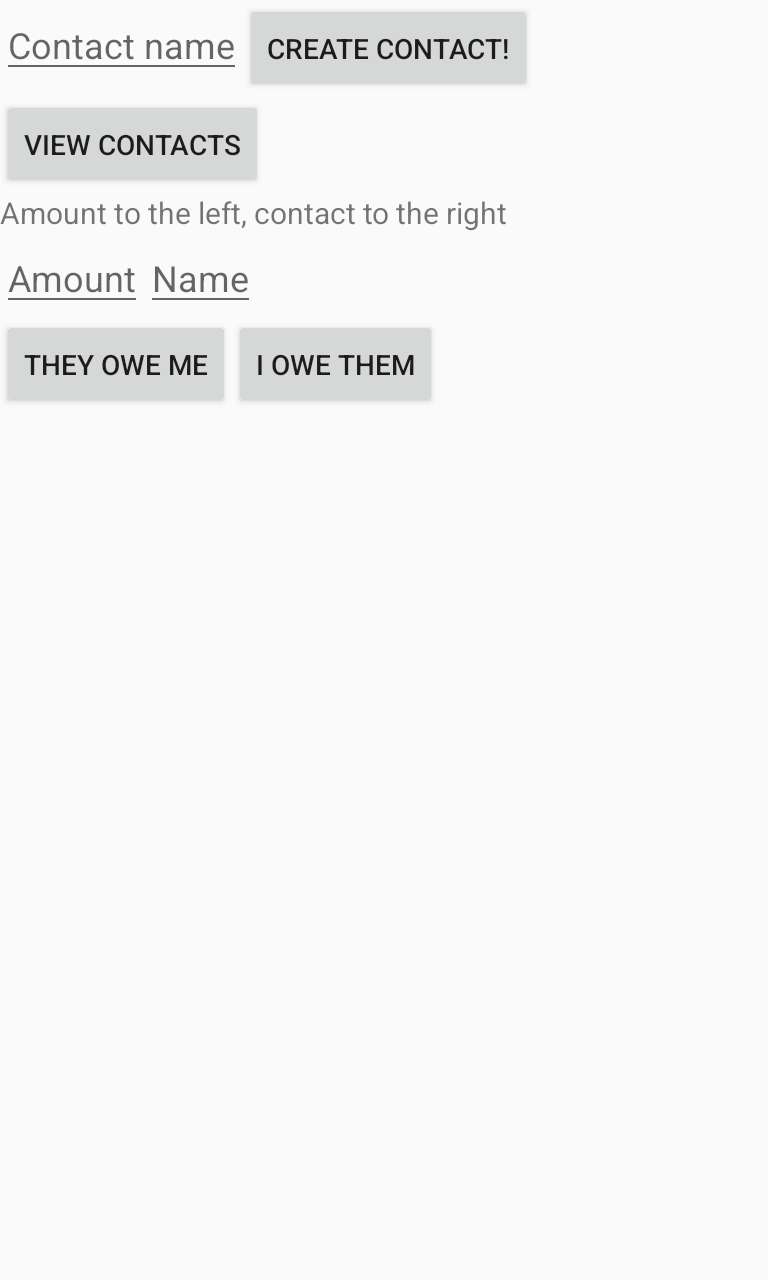
Repository: wisingd/Dajoroli
Layout: Workspace/SplitIt/res/layout/fragment_main.xml
The author's editor kept a copy of each file at every save. The layout is drawn from the files as they stood at one save, then again after a run of saves.
It is drawn on a 768 x 1280 px phone screen (xhdpi) without system bars, with theme AppTheme; the app's code is not run.

Above is the layout before, as saved 2014-05-07 09:49:36.

After the next 2 saves:
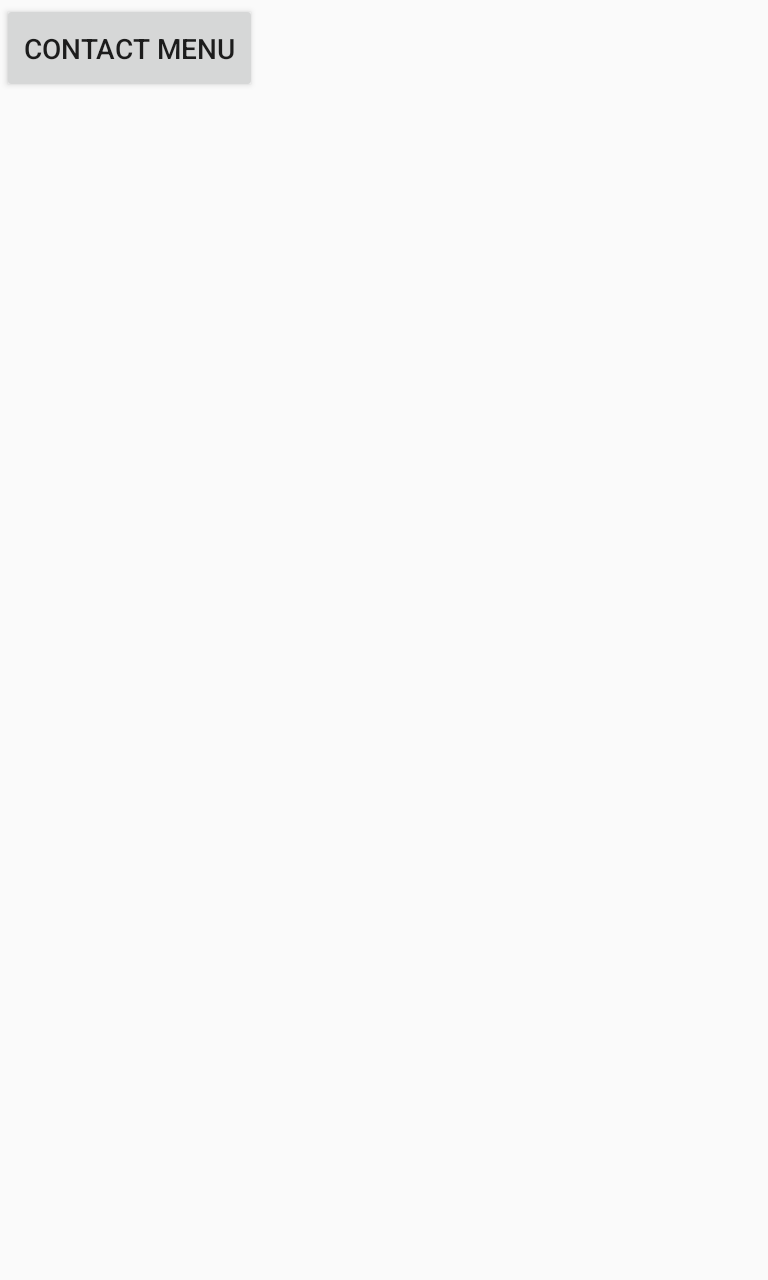
The 2 saves are shown as one change because 1 did not build or start.
The last was saved 18 s later.
--- a/Workspace/SplitIt/res/layout/fragment_main.xml
+++ b/Workspace/SplitIt/res/layout/fragment_main.xml
@@ -4,71 +4,80 @@
     android:layout_height="match_parent"
     android:orientation="vertical" >
 
-    <LinearLayout
-        android:layout_width="match_parent"
-        android:layout_height="wrap_content"
-        android:orientation="horizontal" >
 
-        <EditText
-            android:id="@+id/edit_message"
-            android:layout_width="wrap_content"
-            android:layout_height="wrap_content"
-            android:hint="@string/edit_message" />
 
         <Button
-            android:layout_width="wrap_content"
-            android:layout_height="wrap_content"
-            android:onClick="sendMessage"
-            android:text="@string/button_send" />
-    </LinearLayout>
-
-    <Button
         android:layout_width="wrap_content"
         android:layout_height="wrap_content"
-        android:onClick="viewContacts"
-        android:text="@string/view_contacts" />
+        android:onClick="startContactMenu"
+        android:text="@string/startContactMenu"
+        />
 
-    <TextView
-        android:layout_width="wrap_content"
-        android:layout_height="wrap_content"
-        android:text="@string/information_text"
-        android:textSize="15sp" />
+<!--     <LinearLayout -->
+<!--         android:layout_width="match_parent" -->
+<!--         android:layout_height="wrap_content" -->
+<!--         android:orientation="horizontal" > -->
 
-    <LinearLayout
-        android:layout_width="wrap_content"
-        android:layout_height="wrap_content"
-        android:orientation="horizontal" >
+<!--         <EditText -->
+<!--             android:id="@+id/edit_message" -->
+<!--             android:layout_width="wrap_content" -->
+<!--             android:layout_height="wrap_content" -->
+<!--             android:hint="@string/edit_message" /> -->
 
-        <EditText
-            android:id="@+id/debt_amount"
-            android:layout_width="wrap_content"
-            android:layout_height="wrap_content"
-            android:hint="@string/amount"
-            android:inputType="number" />
+<!--         <Button -->
+<!--             android:layout_width="wrap_content" -->
+<!--             android:layout_height="wrap_content" -->
+<!--             android:onClick="sendMessage" -->
+<!--             android:text="@string/button_send" /> -->
+<!--     </LinearLayout> -->
 
-        <EditText
-            android:id="@+id/contact_name"
-            android:layout_width="wrap_content"
-            android:layout_height="wrap_content"
-            android:hint="@string/contact" />
-    </LinearLayout>
+<!--     <Button -->
+<!--         android:layout_width="wrap_content" -->
+<!--         android:layout_height="wrap_content" -->
+<!--         android:onClick="viewContacts" -->
+<!--         android:text="@string/view_contacts" /> -->
 
-    <LinearLayout
-        android:layout_width="wrap_content"
-        android:layout_height="wrap_content"
-        android:orientation="horizontal" >
+<!--     <TextView -->
+<!--         android:layout_width="wrap_content" -->
+<!--         android:layout_height="wrap_content" -->
+<!--         android:text="@string/information_text" -->
+<!--         android:textSize="15sp" /> -->
 
-        <Button
-            android:layout_width="wrap_content"
-            android:layout_height="wrap_content"
-            android:onClick="theyOweMe"
-            android:text="@string/they_owe_me" />
+<!--     <LinearLayout -->
+<!--         android:layout_width="wrap_content" -->
+<!--         android:layout_height="wrap_content" -->
+<!--         android:orientation="horizontal" > -->
 
-        <Button
-            android:layout_width="wrap_content"
-            android:layout_height="wrap_content"
-            android:onClick="iOweThem"
-            android:text="@string/i_owe_them" />
-    </LinearLayout>
+<!--         <EditText -->
+<!--             android:id="@+id/debt_amount" -->
+<!--             android:layout_width="wrap_content" -->
+<!--             android:layout_height="wrap_content" -->
+<!--             android:hint="@string/amount" -->
+<!--             android:inputType="number" /> -->
+
+<!--         <EditText -->
+<!--             android:id="@+id/contact_name" -->
+<!--             android:layout_width="wrap_content" -->
+<!--             android:layout_height="wrap_content" -->
+<!--             android:hint="@string/contact" /> -->
+<!--     </LinearLayout> -->
+
+<!--     <LinearLayout -->
+<!--         android:layout_width="wrap_content" -->
+<!--         android:layout_height="wrap_content" -->
+<!--         android:orientation="horizontal" > -->
+
+<!--         <Button -->
+<!--             android:layout_width="wrap_content" -->
+<!--             android:layout_height="wrap_content" -->
+<!--             android:onClick="theyOweMe" -->
+<!--             android:text="@string/they_owe_me" /> -->
+
+<!--         <Button -->
+<!--             android:layout_width="wrap_content" -->
+<!--             android:layout_height="wrap_content" -->
+<!--             android:onClick="iOweThem" -->
+<!--             android:text="@string/i_owe_them" /> -->
+<!--     </LinearLayout> -->
 
 </LinearLayout>
